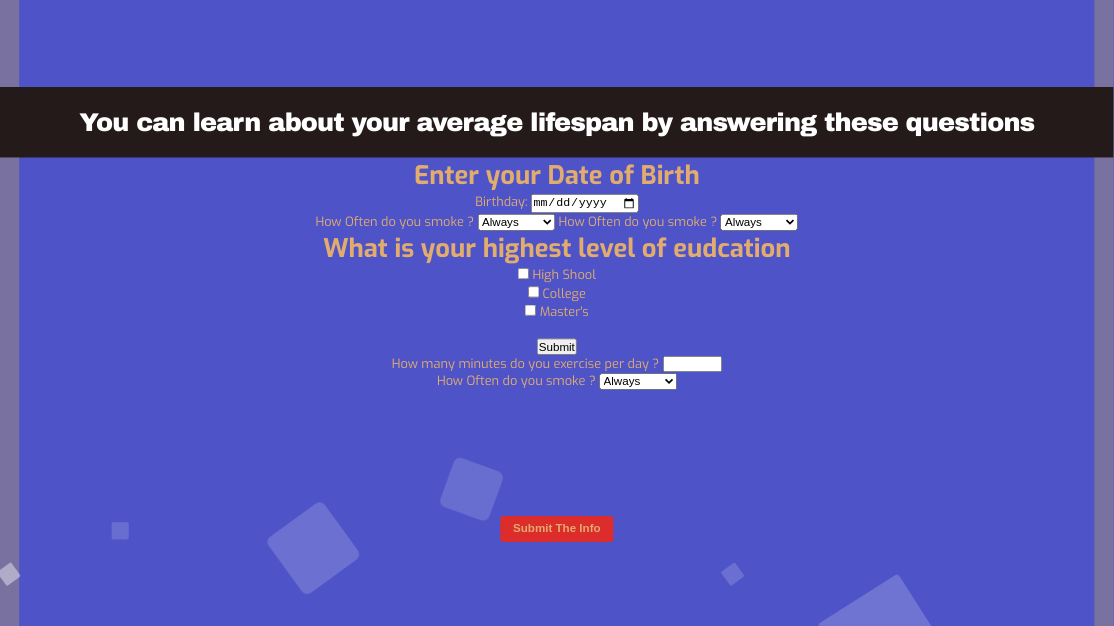
Repository: navid-amini12/capstone-1
Page: wordgame.html
These files come from the project's save history. The page is drawn as it stood at one moment and after the next save; the edit follows.
The browser window is 1280 px wide. The pictures show the whole page, at 87% of full size.
Some web fonts or font styles are not loaded; a fallback is used.

Above is the page before, as saved 2022-05-27 23:07:50.

### wordgame.html

<link rel="stylesheet" type="text/css" href="cssfiles/quiz.css">



  <div class="context">

</div>


<div class="area" >

        <ul class="circles">

                <li></li>
                <li></li>
                <li></li>
                <li></li>
                <li></li>
                <li></li>
                <li></li>
                <div id = "game">  <h2>You can learn about your average lifespan by answering these questions </h1><h1>Enter your Date of Birth</h1>

                  <form action="/action_page.php">
                    <label for="birthday">Birthday:</label>
                    <input type="date" id="birthday" name="birthday">

                  </form>

              <label for="cars">How Often do you smoke ?</label>

              <select id="questions">
                <option value="volvo">Always</option>
                <option value="saab">Often</option>
                <option value="opel">Sometimes</option>
                <option value="audi">Rarely</option>
                <option value="audi">Never</option>
              </select>

              <label for="cars">How Often do you smoke ?</label>

              <select id="questions">
                <option value="volvo">Always</option>
                <option value="saab">Often</option>
                <option value="opel">Sometimes</option>
                <option value="audi">Rarely</option>
                <option value="audi">Never</option>
              </select>

              <h1>What is your highest level of eudcation</h1>

              <form action="/action_page.php">
                <input type="checkbox" id="vehicle1" name="vehicle1" value="Bike">
                <label for="vehicle1"> High Shool</label><br>
                <input type="checkbox" id="vehicle2" name="vehicle2" value="Car">
                <label for="vehicle2"> College</label><br>
                <input type="checkbox" id="vehicle3" name="vehicle3" value="Boat">
                <label for="vehicle3"> Master's</label><br><br>
                <input type="submit" value="Submit">
              </form>

              <form>
                  <label for="quantity">How many minutes do you exercise per day ? </label>
                  <input type="number" id="quantity" name="quantity" min="0" max="1000">
                </form>




              <label for="cars">How Often do you smoke ?</label>

              <select id="questions">
                <option value="volvo">Always</option>
                <option value="saab">Often</option>
                <option value="opel">Sometimes</option>
                <option value="audi">Rarely</option>
                <option value="audi">Never</option>
              </select>
              <br>
              <br>
              <br>
              <br>
              <br>
              <br>
              <br>
              <br>
              <button id = "submitInfo">Submit The Info</button>
                  <li></li>
                  <li></li>
                  <li></li>

          </ul>
  </div >

     </div>

<head>
  <link rel="stylesheet" href="cssfiles/Life.css">
  </head>




  <body class="container">

    <ul id="people" class=""></ul>


    <script src="https://unpkg.com/axios/dist/axios.min.js"></script>
    <script>

      document.getElementById("submitInfo").onclick = function () {
        axios
          .get("http://localhost:4000/api/quiz")
          .then(function (response) {
            const data = response.data;
            document.getElementById("people").innerHTML = data
              .map(function (person) {
                return '<li class="row">' + person;
              })
              .join("");
          })
          .catch(function (err) {
            document.getElementById("people").innerHTML =
              '<li class="text-danger">' + err.message + "</li>";
          });
      };
    </script>
  </body>
</html>

### cssfiles/quiz.css
@import url('https://rsms.me/inter/inter.css');

:root {
  --color-light: rgb(121, 114, 160);
  --color-dark: #e1ac6e;
  --color-signal: #dd2c2c;

  --color-background: var(--color-light);
  --color-text: var(--color-dark);
  --color-accent: var(--color-signal);

  --size-bezel: .5rem;
  --size-radius: 4px;

  line-height: 1.4;

  font-family: 'Inter', sans-serif;
  font-size: calc(.6rem + .4vw);
  color: var(--color-text);
  background: var(--color-background);
  font-weight: 300;
  padding: 0 calc(var(--size-bezel) * 3);
}





.card {
  background: var(--color-background);
  padding: calc(4 * var(--size-bezel));
  margin-top: calc(4 * var(--size-bezel));
  border-radius: var(--size-radius);
  border: 3px solid var(--color-shadow, currentColor);
  box-shadow: .5rem .5rem 0 var(--color-shadow, currentColor);




}


.l-design-widht {
  max-width: 40rem;
  padding: 2rem;
}

.input {
  position: relative;
}
.button-group {
  margin-top: 30px
}
button {
  color: currentColor;
  padding: var(--size-bezel) calc(var(--size-bezel) * 2);
  background: var(--color-accent);
  border: none;
  border-radius: var(--size-radius);
  font-weight: 900;
}


.icon {
  display: inline-block;
  height: 0em;
  margin-right: .5em;
}

### cssfiles/Life.css
@import url('https://fonts.googleapis.com/css?family=Exo:400,700');

*{
    margin: 0px;
    padding: 0px;
}

body{
    font-family: 'Exo', sans-serif;
}


.context {
    width: 100%;
    position: absolute;
    top:50vh;

}

.context h1{
    text-align: center;
    color: #fff;
    font-size: 50px;
}


.area{
    background: #4e54c8;
    background: -webkit-linear-gradient(to left, #8f94fb, #4e54c8);
    width: 100%;
    height:100vh;


}

.circles{
    position: absolute;
    top: 0;
    left: 0;
    width: 100%;
    height: 100%;
    overflow: hidden;
}

.circles li{
    position: absolute;
    display: block;
    list-style: none;
    width: 20px;
    height: 20px;
    background: rgba(255, 255, 255, 0.2);
    animation: animate 25s linear infinite;
    bottom: -150px;

}

.circles li:nth-child(1){
    left: 25%;
    width: 80px;
    height: 80px;
    animation-delay: 0s;
}


.circles li:nth-child(2){
    left: 10%;
    width: 20px;
    height: 20px;
    animation-delay: 2s;
    animation-duration: 12s;
}

.circles li:nth-child(3){
    left: 70%;
    width: 20px;
    height: 20px;
    animation-delay: 4s;
}

.circles li:nth-child(4){
    left: 40%;
    width: 60px;
    height: 60px;
    animation-delay: 0s;
    animation-duration: 18s;
}

.circles li:nth-child(5){
    left: 65%;
    width: 20px;
    height: 20px;
    animation-delay: 0s;
}

.circles li:nth-child(6){
    left: 75%;
    width: 110px;
    height: 110px;
    animation-delay: 3s;
}

.circles li:nth-child(7){
    left: 35%;
    width: 150px;
    height: 150px;
    animation-delay: 7s;
}

.circles li:nth-child(8){
    left: 50%;
    width: 25px;
    height: 25px;
    animation-delay: 15s;
    animation-duration: 45s;
}

.circles li:nth-child(9){
    left: 20%;
    width: 15px;
    height: 15px;
    animation-delay: 2s;
    animation-duration: 35s;
}

.circles li:nth-child(10){
    left: 85%;
    width: 150px;
    height: 150px;
    animation-delay: 0s;
    animation-duration: 11s;
}



@keyframes animate {

    0%{
        transform: translateY(0) rotate(0deg);
        opacity: 1;
        border-radius: 0;
    }

    100%{
        transform: translateY(-1000px) rotate(720deg);
        opacity: 0;
        border-radius: 50%;
    }

}
#game {
    padding-top: 100px;
    text-align:center;

}
h2{
    padding:  20px;
    font-family: "Arial Black", sans-serif;
    font-size: 2em;
    letter-spacing: -1px;
    background-color: rgb(37, 26, 26);
    color: white;
   }

### Life.css
@import url('https://fonts.googleapis.com/css?family=Exo:400,700');

*{
    margin: 0px;
    padding: 0px;
}

body{
    font-family: 'Exo', sans-serif;
}


.context {
    width: 100%;
    position: absolute;
    top:50vh;

}

.context h1{
    text-align: center;
    color: #fff;
    font-size: 50px;
}


.area{
    background: #4e54c8;
    background: -webkit-linear-gradient(to left, #8f94fb, #4e54c8);
    width: 100%;
    height:100vh;


}

.circles{
    position: absolute;
    top: 0;
    left: 0;
    width: 100%;
    height: 100%;
    overflow: hidden;
}

.circles li{
    position: absolute;
    display: block;
    list-style: none;
    width: 20px;
    height: 20px;
    background: rgba(255, 255, 255, 0.2);
    animation: animate 25s linear infinite;
    bottom: -150px;

}

.circles li:nth-child(1){
    left: 25%;
    width: 80px;
    height: 80px;
    animation-delay: 0s;
}


.circles li:nth-child(2){
    left: 10%;
    width: 20px;
    height: 20px;
    animation-delay: 2s;
    animation-duration: 12s;
}

.circles li:nth-child(3){
    left: 70%;
    width: 20px;
    height: 20px;
    animation-delay: 4s;
}

.circles li:nth-child(4){
    left: 40%;
    width: 60px;
    height: 60px;
    animation-delay: 0s;
    animation-duration: 18s;
}

.circles li:nth-child(5){
    left: 65%;
    width: 20px;
    height: 20px;
    animation-delay: 0s;
}

.circles li:nth-child(6){
    left: 75%;
    width: 110px;
    height: 110px;
    animation-delay: 3s;
}

.circles li:nth-child(7){
    left: 35%;
    width: 150px;
    height: 150px;
    animation-delay: 7s;
}

.circles li:nth-child(8){
    left: 50%;
    width: 25px;
    height: 25px;
    animation-delay: 15s;
    animation-duration: 45s;
}

.circles li:nth-child(9){
    left: 20%;
    width: 15px;
    height: 15px;
    animation-delay: 2s;
    animation-duration: 35s;
}

.circles li:nth-child(10){
    left: 85%;
    width: 150px;
    height: 150px;
    animation-delay: 0s;
    animation-duration: 11s;
}



@keyframes animate {

    0%{
        transform: translateY(0) rotate(0deg);
        opacity: 1;
        border-radius: 0;
    }

    100%{
        transform: translateY(-1000px) rotate(720deg);
        opacity: 0;
        border-radius: 50%;
    }

}
#game {
    padding-top: 100px;
    text-align:center;

}
h2{
    padding:  20px;
    font-family: "Arial Black", sans-serif;
    font-size: 2em;
    letter-spacing: -1px;
    background-color: rgb(37, 26, 26);
    color: white;
   }

### quiz.css
@import url('https://rsms.me/inter/inter.css');

:root {
  --color-light: rgb(121, 114, 160);
  --color-dark: #e1ac6e;
  --color-signal: #dd2c2c;

  --color-background: var(--color-light);
  --color-text: var(--color-dark);
  --color-accent: var(--color-signal);

  --size-bezel: .5rem;
  --size-radius: 4px;

  line-height: 1.4;

  font-family: 'Inter', sans-serif;
  font-size: calc(.6rem + .4vw);
  color: var(--color-text);
  background: var(--color-background);
  font-weight: 300;
  padding: 0 calc(var(--size-bezel) * 3);
}





.card {
  background: var(--color-background);
  padding: calc(4 * var(--size-bezel));
  margin-top: calc(4 * var(--size-bezel));
  border-radius: var(--size-radius);
  border: 3px solid var(--color-shadow, currentColor);
  box-shadow: .5rem .5rem 0 var(--color-shadow, currentColor);




}


.l-design-widht {
  max-width: 40rem;
  padding: 2rem;
}

.input {
  position: relative;
}
.button-group {
  margin-top: 30px
}
button {
  color: currentColor;
  padding: var(--size-bezel) calc(var(--size-bezel) * 2);
  background: var(--color-accent);
  border: none;
  border-radius: var(--size-radius);
  font-weight: 900;
}


.icon {
  display: inline-block;
  height: 0em;
  margin-right: .5em;
}

After the next save:
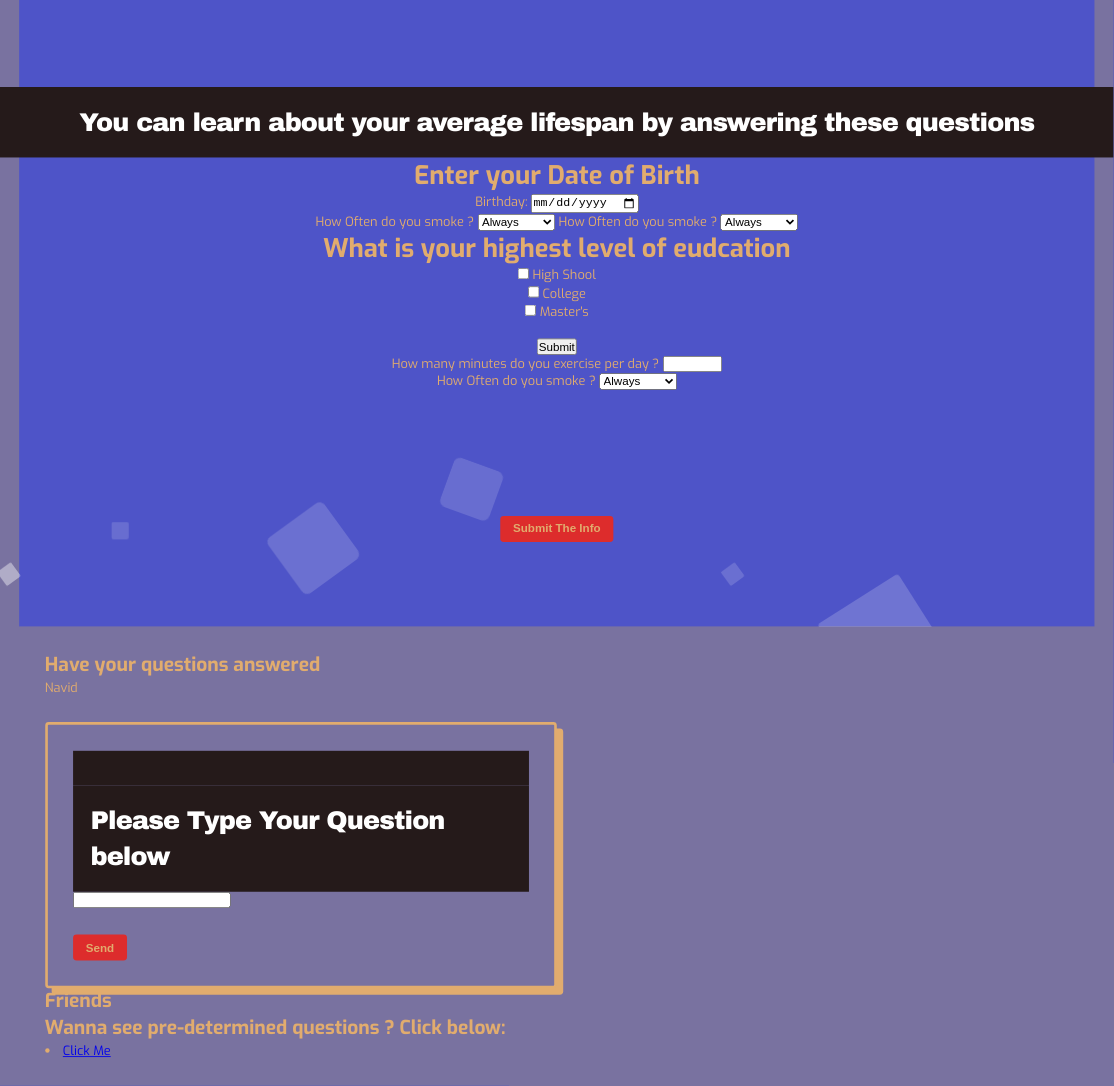
Saved 4 min 16 s later.
--- a/wordgame.html
+++ b/wordgame.html
@@ -1,5 +1,5 @@
 
-<link rel="stylesheet" type="text/css" href="cssfiles/quiz.css">
+<link rel="stylesheet" type="text/css" href="Life.css">
 
 
 
@@ -95,14 +95,29 @@
      </div>
 
 <head>
-  <link rel="stylesheet" href="cssfiles/Life.css">
+  <link rel="stylesheet" href="quiz.css">
   </head>
 
+<article class="l-design-widht">
+  <h1>Have your questions answered</h1>
 
+ <p>Navid</p>
+
+  <div class="card">
+    <h2><svg class="icon" aria-hidden="true">
+      <h2>Please Type Your Question below</h2>
+
+      <input class="input__field" type="text" placeholder=" " />
+
+
+    <div class="button-group">
+      <button id = submitInfo >Send</button>
+    </div>
+  </div>
 
 
   <body class="container">
-
+    <h1>Friends</h1>
     <ul id="people" class=""></ul>
 
 
@@ -128,3 +143,5 @@
     </script>
   </body>
 </html>
+  <h1>Wanna see pre-determined questions ? Click below:</h1>
+  <li><a href="questions.html">Click Me</a></li>
